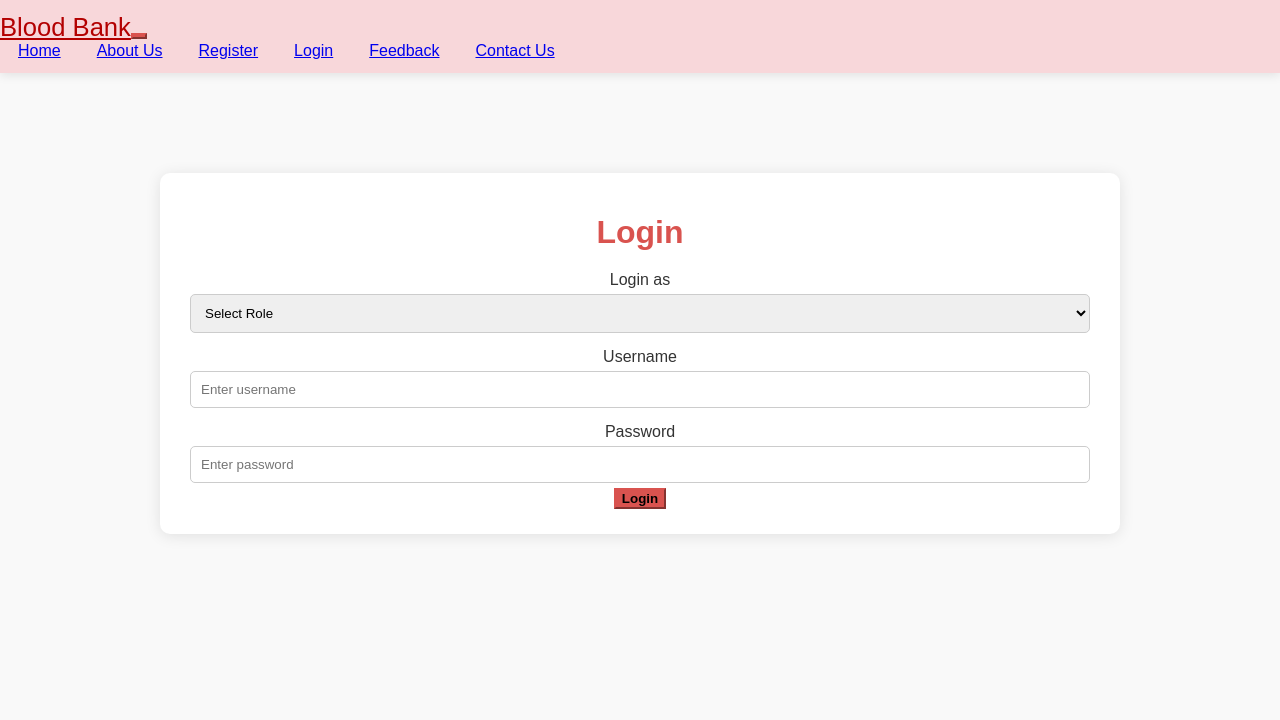
Repository: krismehta02/MINI-PROJECT-MAY
Page: /login (app in blood-donation-frontend/)
These files come from the project's save history. The page is drawn as it stood at one moment and after the next save; the edit follows.
The browser window is 1280 px wide. The pictures show the whole page.
The project was rebuilt for these pictures with package versions that can differ from the ones it lists, and the page was loaded fresh each time. Also part of the build but not shown: blood-donation-frontend/vite.config.js, blood-donation-frontend/src/pages/Home.jsx, blood-donation-frontend/src/pages/AboutUs.jsx, blood-donation-frontend/src/pages/Register.jsx, blood-donation-frontend/src/pages/Feedback.jsx, blood-donation-frontend/src/pages/ContactUs.jsx, blood-donation-frontend/src/pages/PatientDashboard.jsx, blood-donation-frontend/src/pages/DonorDashboard.jsx.

Above is the page before, as saved 2025-05-12 08:33:31.

After the next save:
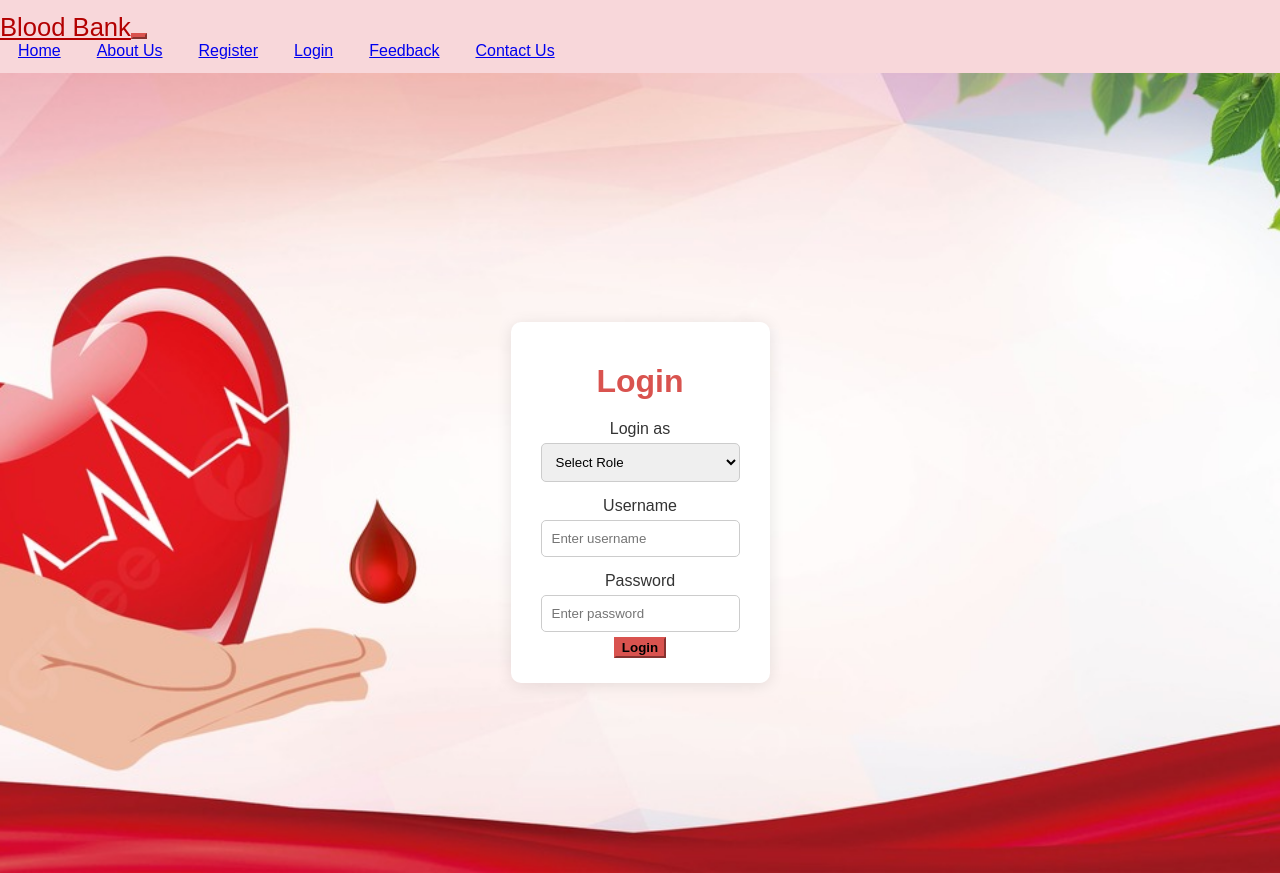
Saved 6 min 26 s later.
--- a/blood-donation-frontend/src/pages/Login.jsx
+++ b/blood-donation-frontend/src/pages/Login.jsx
@@ -61,8 +61,20 @@ function Login() {
     }
   };
 
-  return (
-    <div className="login-page">
+  return ( <div
+      className="login-page"
+      style={{
+        backgroundImage: `url("/Videos/login_bg.jpg")`,
+        backgroundSize: 'cover',
+        backgroundPosition: 'center',
+        backgroundRepeat: 'no-repeat',
+        minHeight: '100vh',
+        display: 'flex',
+        alignItems: 'center',
+        justifyContent: 'center',
+        padding: '40px'
+      }}
+      >
   <div className="container mt-5 login-form-container">
       <h1>Login</h1>
       <Form onSubmit={handleSubmit}>
